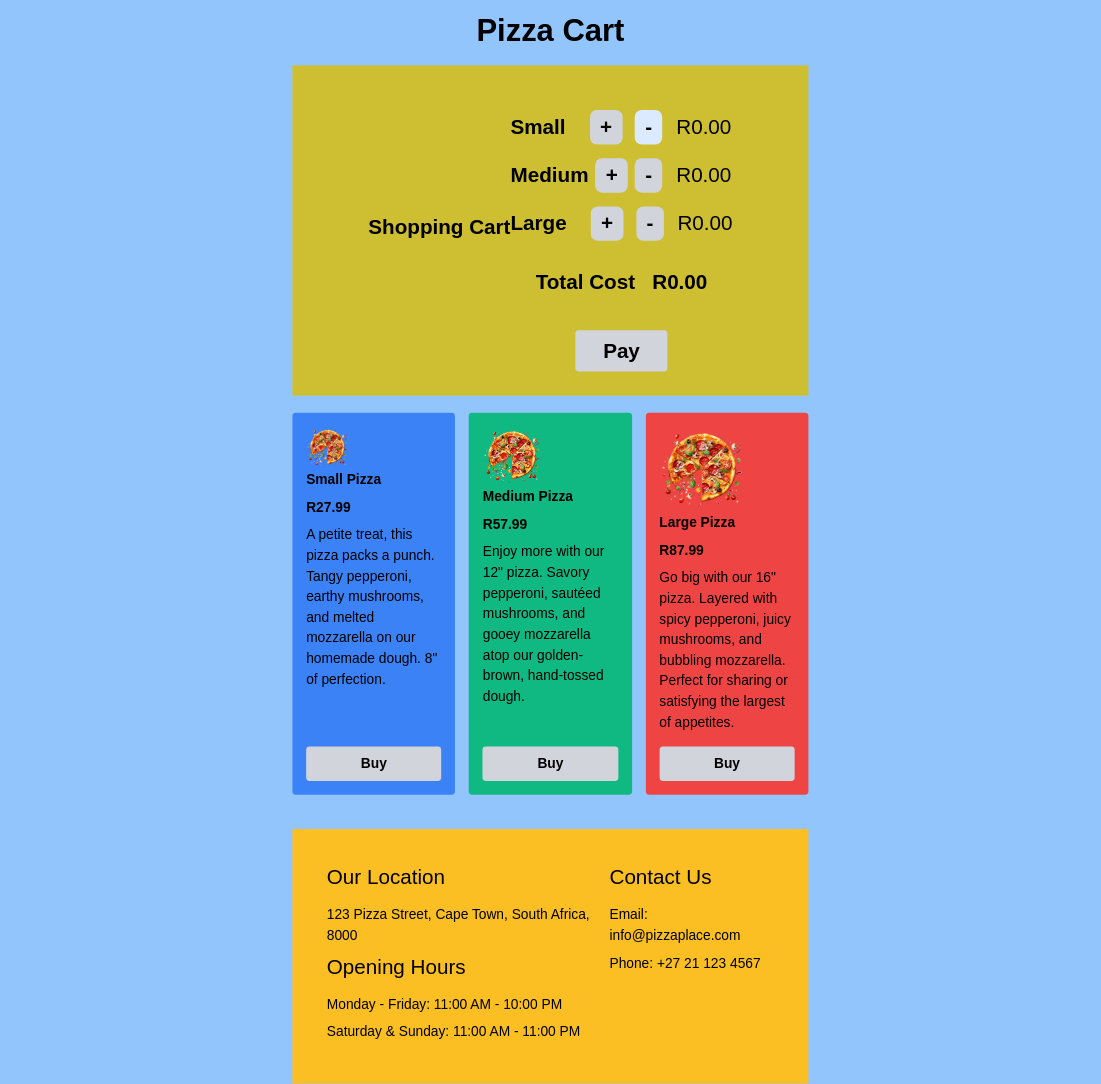
Repository: lasity34/pizza_cart
Page: index.html
These files come from the project's save history. The page is drawn as it stood at one moment and after the next save; the edit follows.
The browser window is 1280 px wide. The pictures show the whole page, at 86% of full size.
Some web fonts or font styles are not loaded; a fallback is used. Some web libraries are served in a nearby version.

Above is the page before, as saved 2023-07-12 12:36:18.

### index.html
<!DOCTYPE html>
<html lang="en">
  <head>
    <meta charset="UTF-8" />
    <meta name="viewport" content="width=device-width, initial-scale=1.0" />
    <title>Pizza Cart</title>
    <script src="//unpkg.com/alpinejs" defer></script>
    <link
      href="https://cdn.jsdelivr.net/npm/tailwindcss@2.1.2/dist/tailwind.min.css"
      rel="stylesheet"
    />
    <link href="./style.css" rel="stylesheet" />
    <link rel="preconnect" href="https://fonts.googleapis.com">
<link rel="preconnect" href="https://fonts.gstatic.com" crossorigin>
<link href="https://fonts.googleapis.com/css2?family=Titillium+Web:ital@0;1&family=Tsukimi+Rounded:wght@300;400;500&display=swap" rel="stylesheet">
  </head>
  <body x-data="cart" class="bg-blue-300" x-cloak>
    <section class="flex justify-center items-center">
      <h1 class="text-4xl pt-4 font-bold">Pizza Cart</h1>
    </section>

    <section
  class="shop-container my-5 p-7 flex flex-col sm:flex-row text-sm md:flex-row text-2xl lg:flex-row justify-center items-center"
>
      <h2 class="text-2xl mb-2 font-bold">Shopping Cart</h2>
      <div class="mt-6 flex flex-col items-center">
        <div >
          <div class="flex items-center mb-4">
            <p class="font-bold mr-2">Small</p>
            <div class="ml-5">
              <button
                @click="increment('small')"
                class="bg-gray-300 hover:bg-gray-400 rounded-lg px-3 py-1 mr-2 font-bold"
              >
                +
              </button>
              <button
                @click="decrement('small')"
                class="bg-blue-100 hover:bg-gray-400 rounded-lg px-3 py-1 font-bold"
              >
                -
              </button>
            </div>
            <p class="ml-4 text-2xl">
              R<span x-text="(smallAmount * prices.small).toFixed(2)"
                >0.00</span
              >
            </p>
          </div>
          <div class="flex items-center mb-4">
            <p class="font-bold mr-2 text-red">Medium</p>
            <button
              @click="increment('medium')"
              class="bg-gray-300 hover:bg-gray-400 rounded-lg px-3 py-1 mr-2 font-bold"
            >
              +
            </button>
            <button
              @click="decrement('medium')"
              class="bg-gray-300 hover:bg-gray-400 rounded-lg px-3 py-1 font-bold"
            >
              -
            </button>
            <p class="ml-4 text-2xl">
              R<span x-text="(mediumAmount * prices.medium).toFixed(2)"
                >0.00</span
              >
            </p>
          </div>
          <div class="flex items-center mb-4">
            <p class="font-bold mr-2">Large</p>
            <div class="ml-5">
              <button
                @click="increment('large')"
                class="bg-gray-300 hover:bg-gray-400 rounded-lg px-3 py-1 mr-2 font-bold"
              >
                +
              </button>
              <button
                @click="decrement('large')"
                class="bg-gray-300 hover:bg-gray-400 rounded-lg px-3 py-1 font-bold"
              >
                -
              </button>
            </div>
            <p class="ml-4 text-2xl">
              R<span x-text="(largeAmount * prices.large).toFixed(2)"
                >0.00</span
              >
            </p>
          </div>
        </div>
        <div class="flex justify-center mt-4">
          <p class="font-bold">Total Cost</p>
          <p class="ml-5 font-bold">R<span x-text="total().toFixed(2)">0.00</span></p>
        </div>
        <div class="mt-4">
          <span  x-html="payMessage"></span>
        </div>

        <div class="mt-4" x-show="total() !== 0" x-cloak>
          <label class="font-bold">Payment Amount:</label>
          <input placeholder="Enter payment here" type="number" step="0.01" class="rounded ml-2 py-2" x-model="paymentAmount" />
        </div>
        <div class="mt-6">
          <button
          x-cloak
          @click="paymentTotal()"
            class="bg-gray-300 hover:bg-gray-400 py-2 px-8 rounded font-bold"
          >
            <span x-text="total() === 0 ? 'Pay' : 'Checkout'"></span>
          </button>
        </div>
      </div>
    </section>

    <section class="pizza_columns">
      <div class="flex justify-around gap-4 max-w-screen-sm mx-auto">
        <div
          class="pizza_sm bg-blue-500 rounded p-4 w-64 flex flex-col justify-between text-black"
        >
          <div>
            <img src="./pizza.png" width="50" />
            <h3 class="mb-2 font-bold">Small Pizza</h3>
            <h3 class="mb-2 font-bold">R27.99</h3>
            <p class="mb-4">
              A petite treat, this pizza packs a punch. Tangy pepperoni, earthy
              mushrooms, and melted mozzarella on our homemade dough. 8" of
              perfection.
            </p>
          </div>
          <button
          @click="buy('small')"
          :disabled="smallAdded"
          class="bg-gray-300 hover:bg-gray-400 transition-colors duration-300 py-2 px-4 rounded font-bold"
        >
          Buy
        </button>
        </div>
        <div
          class="pizza_md bg-green-500 rounded p-4 w-64 flex flex-col justify-between text-black"
        >
          <div>
            <img src="./pizza.png" width="70" />
            <h3 class="mb-2 font-bold">Medium Pizza</h3>
            <h3 class="mb-2 font-bold">R57.99</h3>
            <p class="mb-4">
              Enjoy more with our 12" pizza. Savory pepperoni, sautéed
              mushrooms, and gooey mozzarella atop our golden-brown, hand-tossed
              dough.
            </p>
          </div>
          <button
          @click="buy('medium')"
          :disabled="mediumAdded"
          class="bg-gray-300 hover:bg-gray-400 transition-colors duration-300 py-2 px-4 rounded font-bold"
        >
          Buy
        </button>
        </div>
        <div
          class="pizza_lg bg-red-500 rounded p-4 w-64 flex flex-col justify-between text-black"
        >
          <div>
            <img src="./pizza.png" width="100" />
            <h3 class="mb-2 font-bold">Large Pizza</h3>
            <h3 class="mb-2 font-bold">R87.99</h3>
            <p class="mb-4">
              Go big with our 16" pizza. Layered with spicy pepperoni, juicy
              mushrooms, and bubbling mozzarella. Perfect for sharing or
              satisfying the largest of appetites.
            </p>
          </div>
          <button
          @click="buy('large')"
          :disabled="largeAdded"
          class="bg-gray-300 hover:bg-gray-400 transition-colors duration-300 py-2 px-4 rounded font-bold"
        >
          Buy
        </button>
        </div>
      </div>

      <footer class="bg-yellow-400 text-black mt-10 p-10">
        <div class="container mx-auto flex justify-between">
          <div>
            <h2 class="text-2xl mb-4">Our Location</h2>
            <p class="mb-2">123 Pizza Street, Cape Town, South Africa, 8000</p>

            <h2 class="text-2xl mb-4">Opening Hours</h2>
            <p class="mb-2">Monday - Friday: 11:00 AM - 10:00 PM</p>
            <p class="mb-2">Saturday & Sunday: 11:00 AM - 11:00 PM</p>
          </div>
          <div>
            <h2 class="text-2xl mb-4">Contact Us</h2>
            <p class="mb-2">Email: info@pizzaplace.com</p>
            <p class="mb-2">Phone: +27 21 123 4567</p>
          </div>
        </div>
      </footer>
    </section>
    <div
    x-show="show"
    x-transition:enter="transition ease-out duration-300"
    x-transition:enter-start="opacity-0 transform scale-90"
    x-transition:enter-end="opacity-100 transform scale-100"
    x-transition:leave="transition ease-in duration-300"
    x-transition:leave-start="opacity-100 transform scale-100"
    x-transition:leave-end="opacity-0 transform scale-90"
    class="fixed inset-0 flex items-center justify-center z-50"
  >
    <div class="bg-green-800 text-white rounded p-5 shadow-lg">

      <p x-text="message"></p>
      <!-- Removed the Close button -->
    </div>
  </div>


    <script src="./pizza.js"></script>
  </body>
</html>

### style.css

body {
    max-width: 600px;
    margin: 0 auto;

font-family: 'Tsukimi Rounded', sans-serif;
}

.shop-container {
    background-color: rgb(205, 190, 50);
}

input::-webkit-outer-spin-button,
input::-webkit-inner-spin-button {
  -webkit-appearance: none;
  margin: 0;
}

input[type="number"] {
  -moz-appearance: textfield;
 text-indent: 10px;
}

[x-cloak] { display: none; }

### pizza.js
function cart() {
  return {
    smallAmount: 0,
    mediumAmount: 0,
    largeAmount: 0,
    paymentAmount: 0,
    message: "",
    payMessage: "",
    smallAdded: false,
    mediumAdded: false,
    largeAdded: false,
    show: false,
    prices: {
      small: 27.99,
      medium: 57.99,
      large: 87.99,
    },
    lastMessageAdded: '',
    increment(size) {
      if (size === "small" && this.smallAdded) {
        this.smallAmount++;
      } else if (size === "medium" && this.mediumAdded) {
        this.mediumAmount++;
      } else if (size === "large" && this.largeAdded) {
        this.largeAmount++;
      }
    },
    buy(size) {
      if (size === "small") {
        this.smallAdded = true;
        this.smallAmount++;  // increment the small pizza count
        this.message = 'Small Pizza has been added';
      } else if (size === "medium") {
        this.mediumAdded = true;
        this.mediumAmount++;  // increment the medium pizza count
        this.message = 'Medium Pizza has been added';
      } else if (size === "large") {
        this.largeAdded = true;
        this.largeAmount++;  // increment the large pizza count
        this.message = 'Large Pizza has been added';
      }
      this.toggleModal();
    },
    decrement(size) {
      if(size === 'small' && this.smallAmount > 0 && this.smallAdded) {
        this.smallAmount--;
        if(this.smallAmount === 0) this.smallAdded = false;
      }
      if(size === 'medium' && this.mediumAmount > 0 && this.mediumAdded) {
        this.mediumAmount--;
        if(this.mediumAmount === 0) this.mediumAdded = false;
      }
      if(size === 'large' && this.largeAmount > 0 && this.largeAdded) {
        this.largeAmount--;
        if(this.largeAmount === 0) this.largeAdded = false;
      }
    },
    total() {
      return (
        this.smallAmount * this.prices.small +
        this.mediumAmount * this.prices.medium +
        this.largeAmount * this.prices.large
      );
    },
    paymentTotal() {
      if (this.paymentAmount < this.total()) {
        this.payMessage = `<p class='flex bg-red-600 text-white py-2 px-4 font-bold text-lg my-3 py-1'>R${(this.total() - this.paymentAmount).toFixed(2)} is needed</p>`;
        setTimeout(() => {
          this.payMessage = "";
        }, 2000);
      } else if (this.paymentAmount > this.total()) {
        this.payMessage = `<p class='flex bg-red-600 text-white py-2 px-4 font-bold text-lg my-3 py-1'>There is R${(this.paymentAmount - this.total()).toFixed(2)} too much</p>`;
        setTimeout(() => {
          this.payMessage = "";
        }, 2000);
      } else if (this.paymentAmount == this.total() && this.total() !== 0) {
        this.payMessage = "<p class='flex bg-green-600 text-white py-2 px-4 font-bold text-lg my-3 py-1'>Enjoy your pizzas<p>";
        this.reset();
        setTimeout(() => {
          this.payMessage = "";
        }, 2000);
      }
    },
    toggleModal() {
      this.show = !this.show;
      if (this.show) {
        setTimeout(() => { this.show = false; }, 2000); // Close after 2 seconds
      }
    },
    reset() {
      this.smallAmount = 0;
      this.mediumAmount = 0;
      this.largeAmount = 0;
      this.paymentAmount = 0;
      this.message = "";

      this.smallAdded = false;
      this.mediumAdded = false;
      this.largeAdded = false;
      this.show = false;
    }
  };
}

document.addEventListener("alpine:init", () => {
  Alpine.data("cart", cart);
});

After the next save:
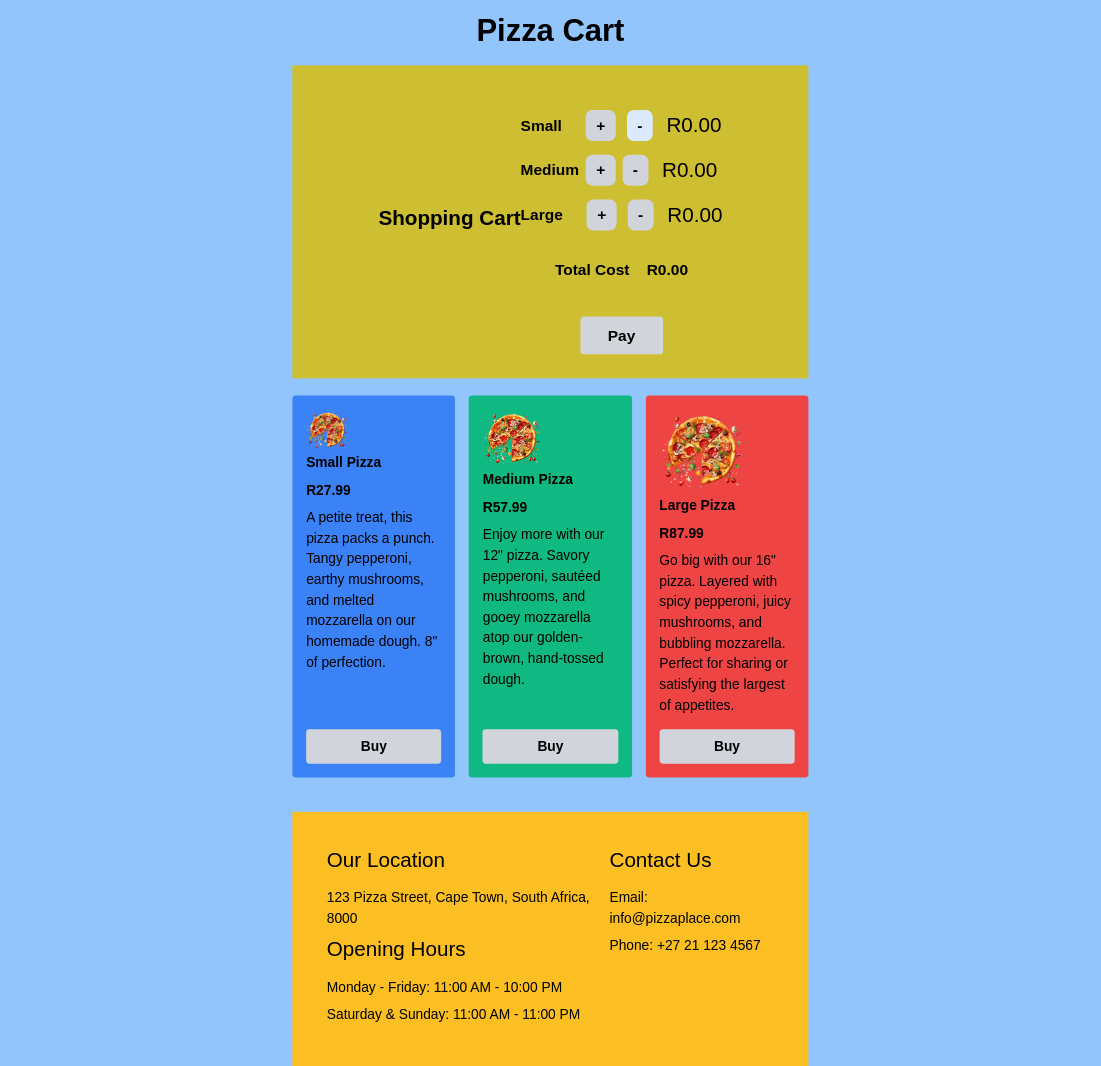
Saved 2 min 4 s later.
--- a/index.html
+++ b/index.html
@@ -20,8 +20,8 @@
     </section>
 
     <section
-  class="shop-container my-5 p-7 flex flex-col sm:flex-row text-sm md:flex-row text-2xl lg:flex-row justify-center items-center"
->
+    class="shop-container my-5 p-7 flex flex-col sm:flex-row sm:text-sm md:flex-row md:text-base  lg:text-lg justify-center items-center"
+  >
       <h2 class="text-2xl mb-2 font-bold">Shopping Cart</h2>
       <div class="mt-6 flex flex-col items-center">
         <div >
